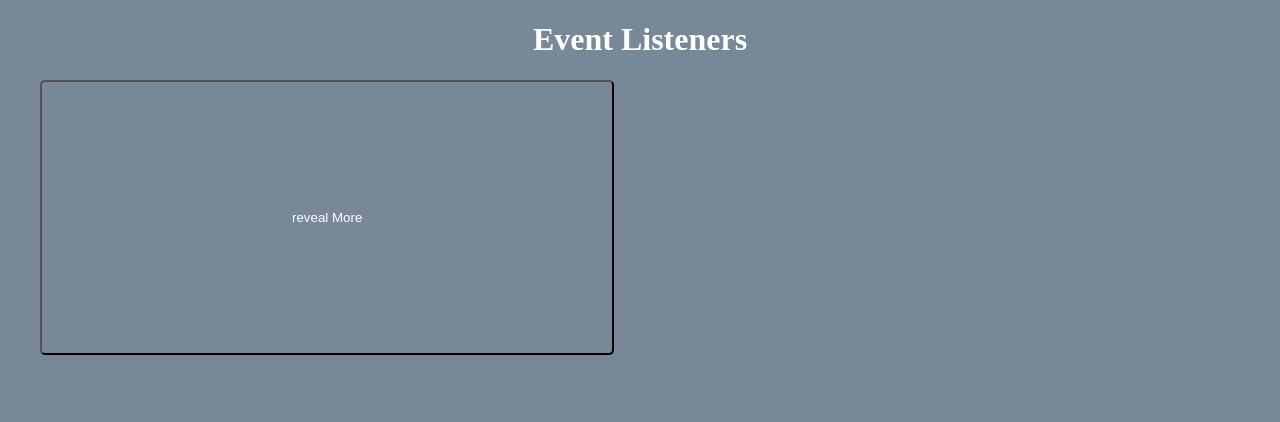
Repository: wakoya-tech/react-project
Page: Desktop/shaakala/aye/index.html
These files come from the project's save history. The page is drawn as it stood at one moment and after the next save; the edit follows.
The browser window is 1280 px wide. The pictures show the whole page.

Above is the page before, as saved 2025-08-29 14:58:19.

After the next save:
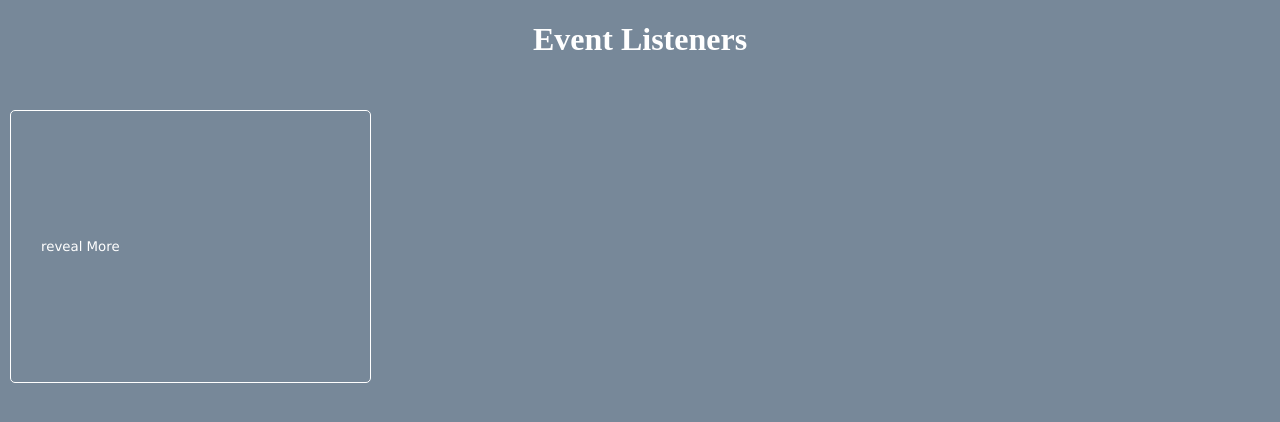
Saved 79 s later.
--- a/Desktop/shaakala/aye/index.html
+++ b/Desktop/shaakala/aye/index.html
@@ -22,26 +22,28 @@
     grid-template-columns: auto;
 
 }
-.hidden-content.boxes{
+/*.hidden-content.boxes{
     border: 1px solid white ;
     margin: 30px 10px 10px 10px;
     padding-left: 30px;
 
 
-}
+}*/
 #main-heading{
     align-items: center;
     text-align: center;
 
 }
-.reveal-btn .boxes{
+.boxes{
     font-family: Verdana, Geneva, Tahoma, sans-serif;
     align-items: center;
     text-align: center;
 
     border: 1px solid white ;
     margin: 30px 100px 100px 100px;
-
+    border: 1px solid white ;
+    margin: 30px 10px 10px 10px;
+    padding-left: 30px;
 }
 button {
     color: white;
